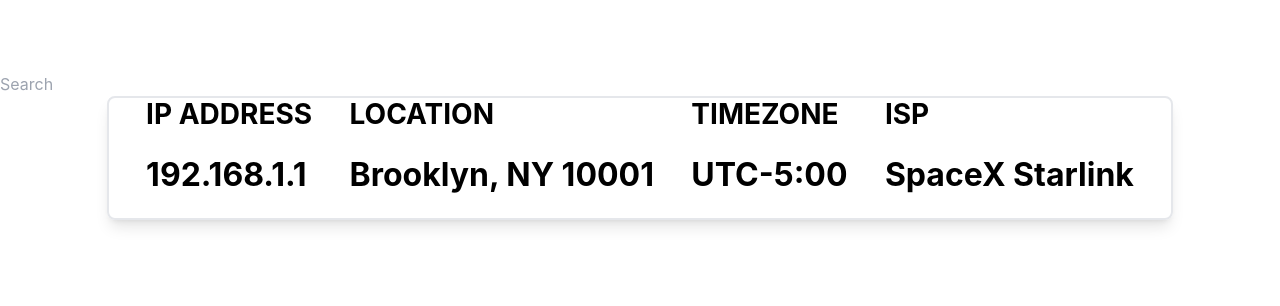
Repository: Dealsy/IP-Tracker
Page: /
An editor plug-in stored every save of this project. The page is shown before and after the next save, followed by the edit.
The browser window is 1280 px wide. The pictures show the whole page.
The project was rebuilt for these pictures with package versions that can differ from the ones it lists, and the page was loaded fresh each time. The framework's server and built-in components were replaced by stand-ins that run in the browser. Also part of the build but not shown: next.config.js, styles/Home.module.css.

Above is the page before, as saved 2022-04-21 21:27:07.

### pages/index.js
import Head from "next/head";
import Image from "next/image";
import styles from "../styles/Home.module.css";

export default function Home() {
  return (
    <div>
      <Head>
        <title>Create Next App</title>
        <meta name="description" content="Generated by create next app" />
        <link rel="icon" href="/favicon.ico" />
      </Head>

      <main>
        <h1 className="text-white">IP Address Tracker</h1>
        <input type="search" placeholder="Search" />
        <div className="flex flex-row justify-evenly border-2 shadow-lg w-5/6 m-auto rounded-lg">
          <div className="">
            <h3>IP ADDRESS</h3>
            <h2> 192.168.1.1 </h2>
          </div>
          <div>
            <h3> LOCATION </h3>
            <h2> Brooklyn, NY 10001 </h2>
          </div>
          <div>
            <h3>TIMEZONE</h3>
            <h2> UTC-5:00 </h2>
          </div>
          <div>
            <h3>ISP</h3>
            <h2>SpaceX Starlink</h2>
          </div>
        </div>
      </main>

      <footer></footer>
    </div>
  );
}

### styles/globals.css
@tailwind base;
@tailwind components;
@tailwind utilities;


h1 {
  font-size: 2.5rem;
  font-weight: 700;
  line-height: 1.2;
  margin-bottom: 1.5rem;
}

h2 {
  font-size: 2rem;
  font-weight: 700;
  line-height: 1.2;
  margin-bottom: 1.5rem;
}

h3 {
  font-size: 1.75rem;
  font-weight: 700;
  line-height: 1.2;
  margin-bottom: 1.5rem;
}


html,
body {
  padding: 0;
  margin: 0;
  font-family: -apple-system, BlinkMacSystemFont, Segoe UI, Roboto, Oxygen,
    Ubuntu, Cantarell, Fira Sans, Droid Sans, Helvetica Neue, sans-serif;
}

a {
  color: inherit;
  text-decoration: none;
}

* {
  box-sizing: border-box;
}

### tailwind.config.js
module.exports = {
  content: [
    "./pages/**/*.{js,ts,jsx,tsx}",
    "./components/**/*.{js,ts,jsx,tsx}",
  ],
  theme: {
    extend: {
      colors: {
        "Dark-Gray": "#2b2b2b",
        Gray: "#969696",
      },
    },
  },
  plugins: [],
};

Loaded but not shown: pages/_app.js (common file)

After the next save:
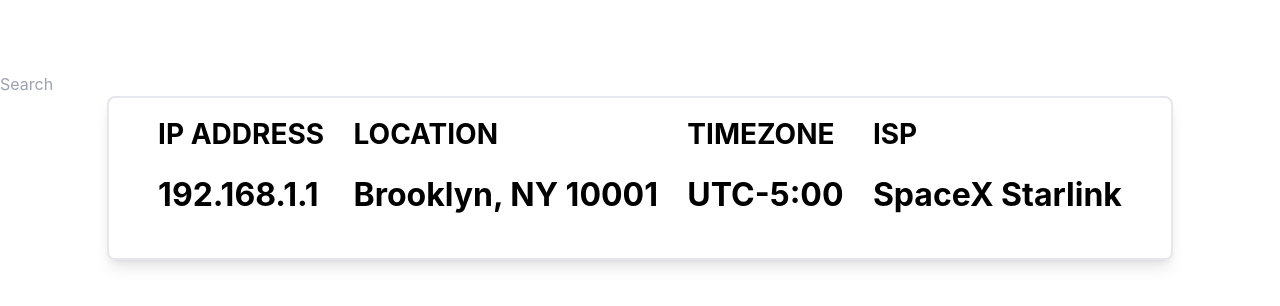
Saved 8 s later.
--- a/pages/index.js
+++ b/pages/index.js
@@ -14,7 +14,7 @@
       <main>
         <h1 className="text-white">IP Address Tracker</h1>
         <input type="search" placeholder="Search" />
-        <div className="flex flex-row justify-evenly border-2 shadow-lg w-5/6 m-auto rounded-lg">
+        <div className="flex flex-row justify-evenly border-2 shadow-lg w-5/6 m-auto rounded-lg p-5">
           <div className="">
             <h3>IP ADDRESS</h3>
             <h2> 192.168.1.1 </h2>
